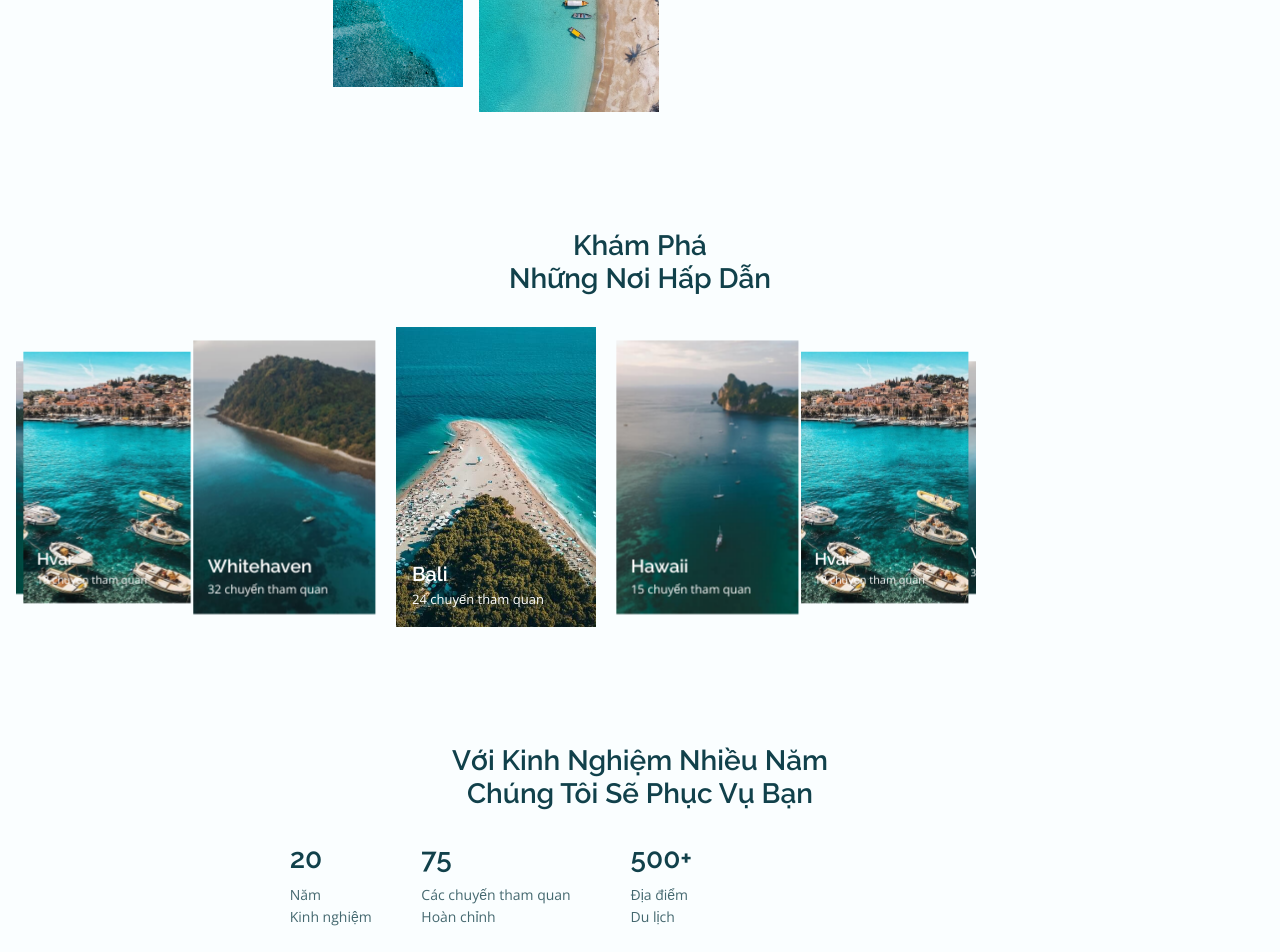
Repository: haokiet2501/travel-demo
Page: index.html
These files come from the project's save history. The page is drawn as it stood at one moment and after a run of saves; the edit follows.
The browser window is 1280 px wide. The pictures show the part of the page from y = 1171 to 2123 px (the page is 2800 px tall).
A picture or video elsewhere on the page could not be fetched, so the positions and the page height are approximate.

Above is the page before, as saved 2021-09-21 16:21:00.

### index.html
<!DOCTYPE html>
<html lang="en">

<head>
    <meta charset="UTF-8">
    <meta http-equiv="X-UA-Compatible" content="IE=edge">
    <meta name="viewport" content="width=device-width, initial-scale=1.0">
    <link href="https://cdn.jsdelivr.net/npm/remixicon@2.5.0/fonts/remixicon.css" rel="stylesheet">
    <link rel="stylesheet" href="/css/swiper-bundle.min.css">
    <link rel="stylesheet" href="/css/style.css">
    <title>Website Travel</title>
</head>

<body>
    <header class="header" id="header">
        <nav class="nav container">
            <a href="#" class="nav__logo">Du lịch</a>

            <div class="nav__menu" id="nav-menu">
                <ul class="nav__list">
                    <li class="nav__item">
                        <a href="#home" class="nav__link">Trang chủ</a>
                    </li>
                    <li class="nav__item">
                        <a href="#about" class="nav__link">Giới thiệu</a>
                    </li>
                    <li class="nav__item">
                        <a href="#discover" class="nav__link">Khám phá</a>
                    </li>
                    <li class="nav__item">
                        <a href="#place" class="nav__link">Địa điểm</a>
                    </li>
                </ul>

                <i class="ri-close-line nav__close" id="nav-close"></i>
            </div>

            <div class="nav__toggle" id="nav-toggle">
                <i class="ri-list-settings-line"></i>
            </div>
        </nav>
    </header>

    <main class="main">
        <!-- HOME -->
        <section class="home" id="home">
            <img src="assets/img/home1.jpg" alt="" class="home__img">

            <div class="home__container container grid">
                <div class="home__data">
                    <span class="home__data-subtitle">Khám phá địa điểm của bạn</span>
                    <h1 class="home__data-title">
                        Khám phá <br> Những <b>Bãi biển <br> Đẹp nhất</b>
                    </h1>
                    <a href="#" class="button">Khám phá</a>
                </div>

                <div class="home__social">
                    <a href="https://www.facebook.com/" target="_blank" class="home__social-link">
                        <i class="ri-facebook-box-fill"></i>
                    </a>

                    <a href="https://www.instagram.com/" target="_blank" class="home__social-link">
                        <i class="ri-instagram-fill"></i>
                    </a>

                    <a href="https://www.twitter.com/" target="_blank" class="home__social-link">
                        <i class="ri-twitter-fill"></i>
                    </a>
                </div>

                <div class="home__info">
                    <div>
                        <span class="home__info-title">5 địa điểm tốt nhất để tham quan</span>
                        <a href="#" class="button button--flex button--link home__info-button">
                            Xem <i class="ri-arrow-right-line"></i>
                        </a>
                    </div>

                    <div class="home__info-overlay">
                        <img src="/assets/img/home2.jpg" alt="" class="home__info-img">
                    </div>
                </div>
            </div>
        </section>

        <!-- ABOUT -->
        <section class="about section" id="about">
            <div class="about__container container grid">
                <div class="about__data">
                    <h2 class="section__title about__title">
                        Xem thêm thông tin <br> Về những bãi biển đẹp nhất
                    </h2>
                    <p class="about__description">
                        Bạn có thể tìm những nơi đẹp nhất của bãi biển phù hợp với giá tiền của bạn tại đây bạn có đội ngũ hỗ trợ cho bạn tất cả mà bạn không phải xếp hàng chờ.
                    </p>
                    <a href="#" class="button">Đặt chỗ ngay</a>
                </div>

                <div class="about__img">
                    <div class="about__img-overlay">
                        <img src="assets/img/about1.jpg" alt="" class="about__img-one">
                    </div>

                    <div class="about__img-overlay">
                        <img src="assets/img/about2.jpg" alt="" class="about__img-two">
                    </div>
                </div>
            </div>
        </section>

        <!-- Discover -->
        <section class="discover section" id="discover">
            <h2 class="section__title">Khám phá <br> những nơi hấp dẫn</h2>

            <div class="discover__container container swiper">
                <div class="swiper-wrapper">
                    <!-- Discover 1 -->
                    <div class="discover__card swiper-slide">
                        <img src="assets/img/discover1.jpg" alt="" class="discover__img">
                        <div class="discover__data">
                            <h2 class="discover__title">Bali</h2>
                            <span class="discover__description">24 chuyến tham quan</span>
                        </div>
                    </div>

                    <!-- Discover 2 -->
                    <div class="discover__card swiper-slide">
                        <img src="assets/img/discover2.jpg" alt="" class="discover__img">
                        <div class="discover__data">
                            <h2 class="discover__title">Hawaii</h2>
                            <span class="discover__description">15 chuyến tham quan</span>
                        </div>
                    </div>

                    <!-- Discover 3 -->
                    <div class="discover__card swiper-slide">
                        <img src="assets/img/discover3.jpg" alt="" class="discover__img">
                        <div class="discover__data">
                            <h2 class="discover__title">Hvar</h2>
                            <span class="discover__description">18 chuyến tham quan</span>
                        </div>
                    </div>

                    <!-- Discover 4 -->
                    <div class="discover__card swiper-slide">
                        <img src="assets/img/discover4.jpg" alt="" class="discover__img">
                        <div class="discover__data">
                            <h2 class="discover__title">Whitehaven</h2>
                            <span class="discover__description">32 chuyến tham quan</span>
                        </div>
                    </div>
                </div>
            </div>
        </section>

        <!-- Experience -->
        <section class="experience section">
            <h2 class="section__title">
                Với kinh nghiệm nhiều năm <br> Chúng tôi sẽ phục vụ bạn
            </h2>

            <div class="experience__container container grid">
                <div class="experience__content grid">
                    <div class="experience__data">
                        <h2 class="experience__number">20</h2>
                        <span class="experience__description">Năm <br> Kinh nghiệm</span>
                    </div>

                    <div class="experience__data">
                        <h2 class="experience__number">75</h2>
                        <span class="experience__description">
                            Các chuyến tham quan <br> Hoàn chỉnh
                        </span>
                    </div>

                    <div class="experience__data">
                        <h2 class="experience__number">500+</h2>
                        <span class="experience__description">Địa điểm <br> Du lịch</span>
                    </div>
                </div>

                <div class="experience__img grid">
                    <div class="experience__overlay">
                        <img src="assets/img/experience1.jpg" alt="" class="experience__img-one">
                    </div>

                    <div class="experience__overlay">
                        <img src="assets/img/experience2.jpg" alt="" class="experience__img-two">
                    </div>
                </div>
            </div>
        </section>

        <!-- Video -->
        <section class="video section">
            <h2 class="section__title">Video tham quan</h2>

            <div class="video__container container">
                <p class="video__description">
                    Video của chúng tôi gửi đến cho bạn và gia đình bạn những hình ảnh đẹp mắt.
                </p>

                <div class="video__content">
                    <video class="video__file" id="video-file">
                        <source src="video/video.mp4" type="video/mp4">
                    </video>

                    <button class="button button--flex video__button" id="video-button">
                        <i class="ri-play-line video__button-icon" id="video-icon"></i>
                    </button>
                </div>
            </div>
        </section>
    </main>

    <!-- Swiper Js -->
    <script src="js/swiper-bundle.min.js"></script>

    <!-- JS -->
    <script src="js/script.js"></script>
</body>

</html>

### js/script.js
// Show Menu
const navMenu = document.getElementById("nav-menu"),
  navToggle = document.getElementById("nav-toggle"),
  navClose = document.getElementById("nav-close");

if (navToggle) {
  navToggle.addEventListener("click", () => {
    navMenu.classList.add("show-menu");
  });
}

if (navClose) {
  navClose.addEventListener("click", () => {
    navMenu.classList.remove("show-menu");
  });
}

// Remove menu Mobile
const navLink = document.querySelectorAll(".nav__link");

function linkAction() {
  const navMenu = document.getElementById("nav-menu");

  navMenu.classList.remove("show-menu");
}
navLink.forEach((n) => n.addEventListener("click", linkAction));

// Change background header
function scrollHeader() {
  const header = document.getElementById("header");

  if (this.scrollY >= 100) header.classList.add("scroll-header");
  else header.classList.remove("scroll-header");
}
window.addEventListener("scroll", scrollHeader);

// Swiper js
var swiper = new Swiper(".discover__container", {
  effect: "coverflow",
  grabCursor: true,
  centeredSlides: true,
  slidesPerView: "auto",
  loop:true,
  spaceBetween: 32,
  coverflowEffect: {
    rotate: 0,
  },
});

// Video

const videoFile = document.getElementById('video-file'),
      videoButton = document.getElementById('video-button'),
      videoIcon = document.getElementById('video-icon')

function playPause() {
    if(videoFile.paused) {
        // Play video
        videoFile.play()

        // We change the icon
        videoIcon.classList.add('ri-pause-line')
        videoIcon.classList.remove('ri-play-line')
    } else {
        // Pause video
        videoFile.pause()

        // We change the icon
        videoIcon.classList.remove('ri-pause-line')
        videoIcon.classList.add('ri-play-line')
    }
}

videoButton.addEventListener('click', playPause)

Loaded but not shown: css/swiper-bundle.min.css (library); js/swiper-bundle.min.js (library); css/style.css (515 lines, source omitted)

After the next 6 saves:
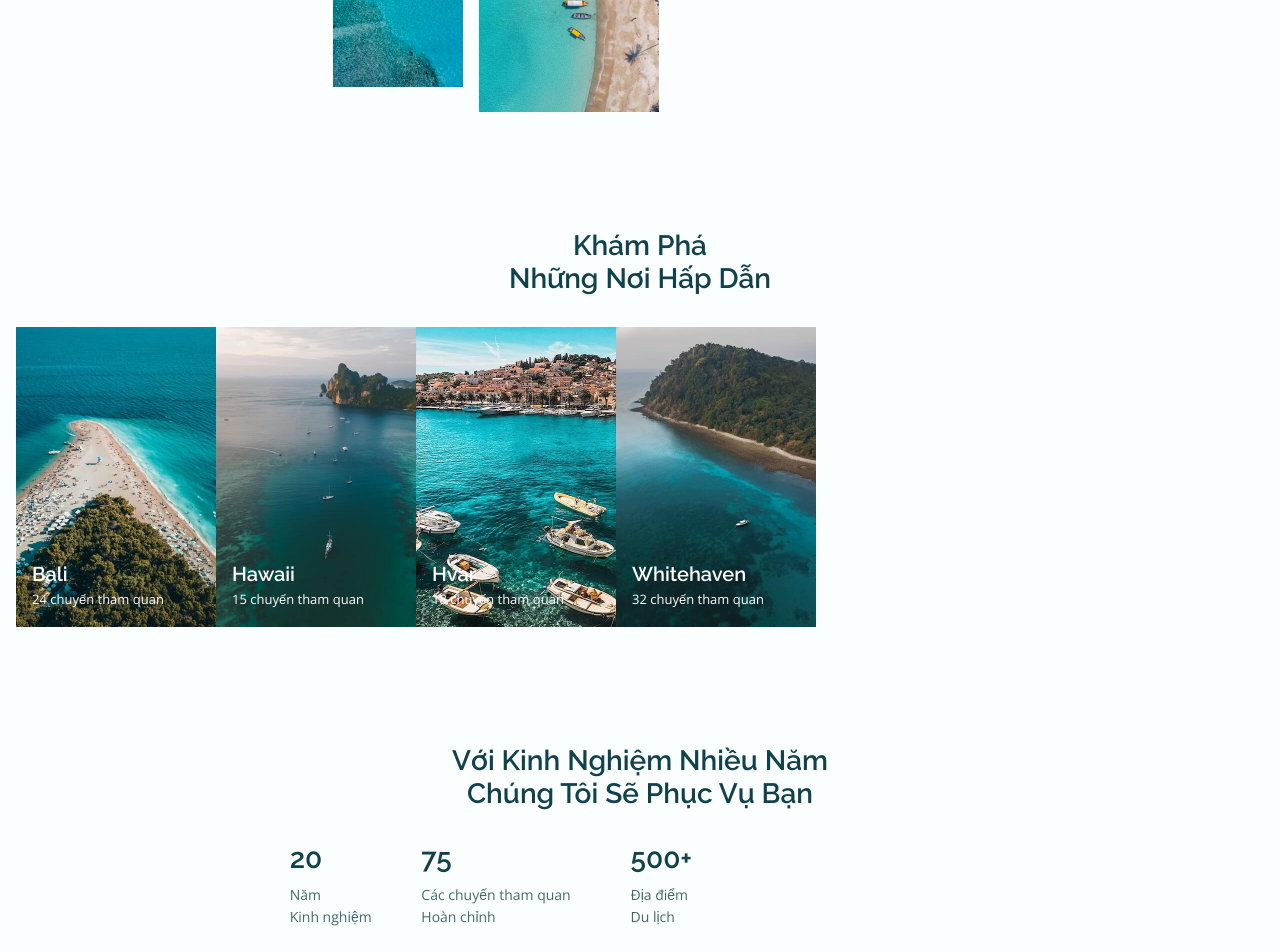
Console error: SyntaxError: Unexpected end of input
The 6 saves are shown as one change because they came seconds apart.
The last was saved 2 min 21 s later.
--- a/js/script.js
+++ b/js/script.js
@@ -72,3 +72,5 @@ function playPause() {
 }
 
 videoButton.addEventListener('click', playPause)
+
+function final

After the 2 saves that followed:
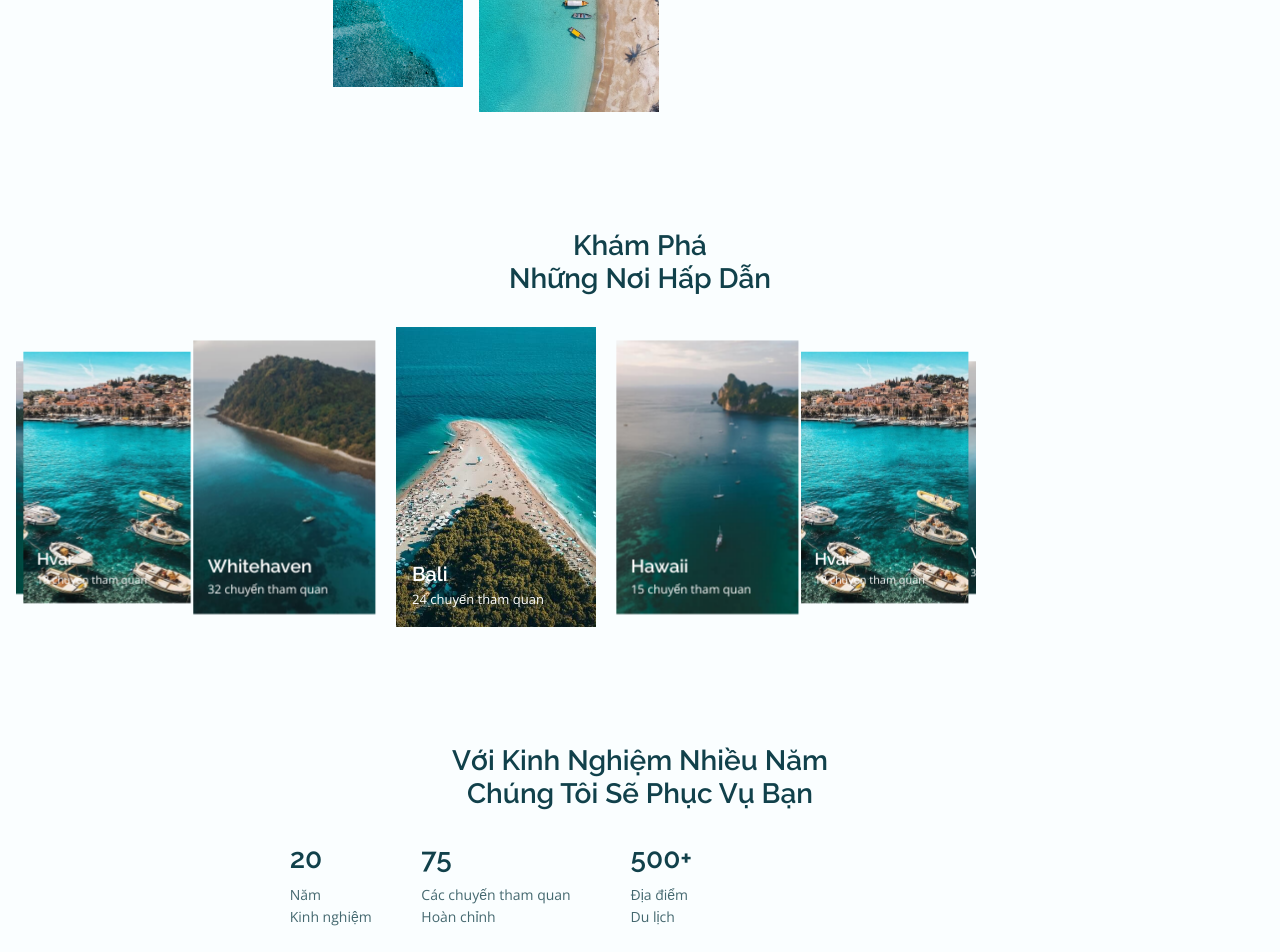
The error is gone.
The 2 saves are shown as one change because they came seconds apart.
The last was saved 7 s later.
--- a/js/script.js
+++ b/js/script.js
@@ -73,4 +73,6 @@ function playPause() {
 
 videoButton.addEventListener('click', playPause)
 
-function final
+function finalVideo() {
+
+}
